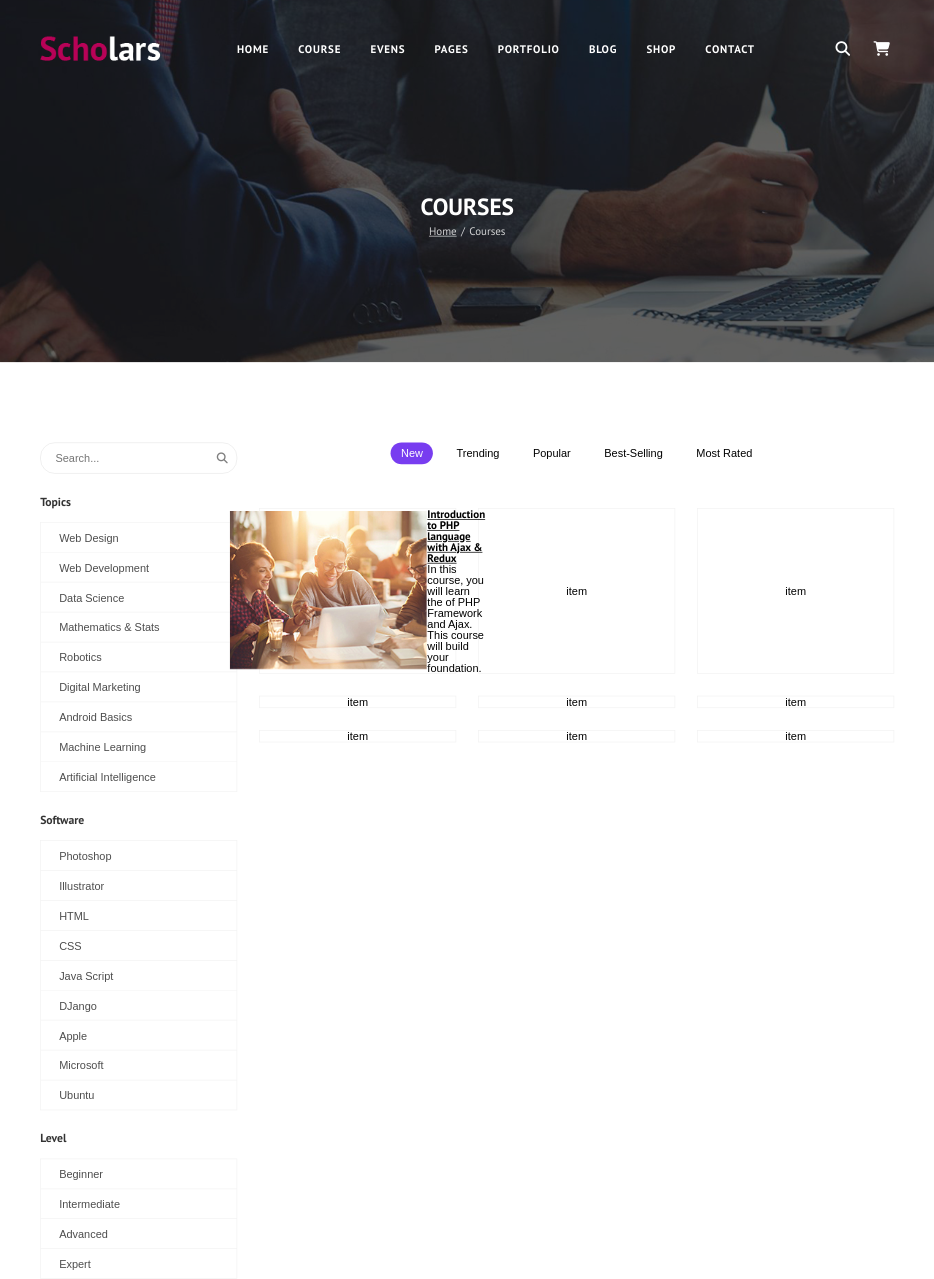
Repository: lannguyen1301/f8-zoom-day-7
Page: index.html
An editor plug-in stored every save of this project. The page is shown before and after the next save, followed by the edit.
The browser window is 1280 px wide. The pictures show the whole page, at 73% of full size.
Some web fonts or font styles are not loaded; a fallback is used.

Above is the page before, as saved 2025-04-25 06:13:57.

After the next save:
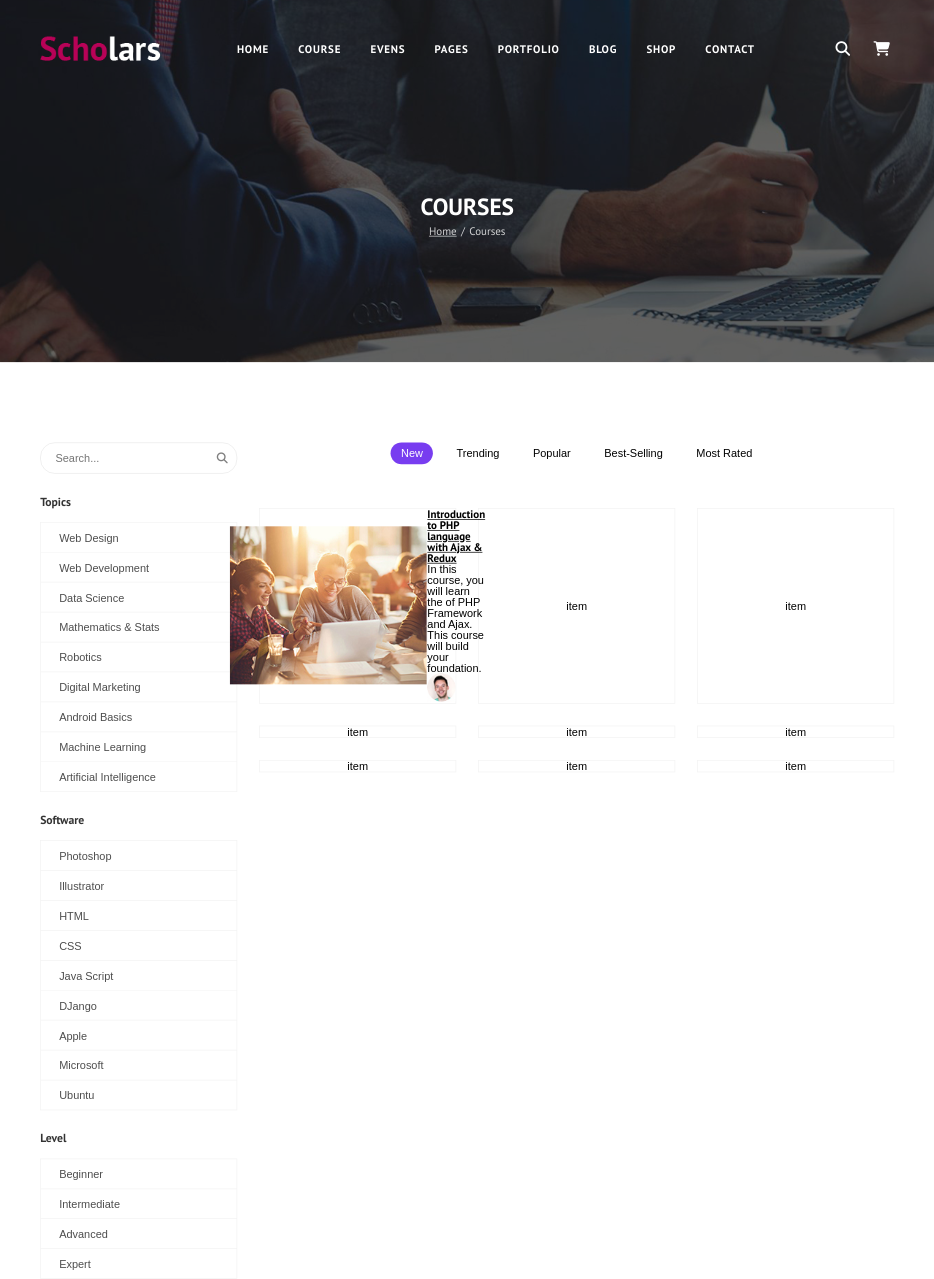
Saved 5 min 15 s later.
--- a/index.html
+++ b/index.html
@@ -234,6 +234,9 @@
                                         In this course, you will learn the of PHP Framework and Ajax. This course will
                                         build your foundation.
                                     </p>
+                                    <div class="course-bottom">
+                                        <img src="./assets/img/avatar/avatar-author-1.jpg" alt="" class="avatar">
+                                    </div>
                                 </div>
                             </div>
                             <div class="courses-item">item</div>
